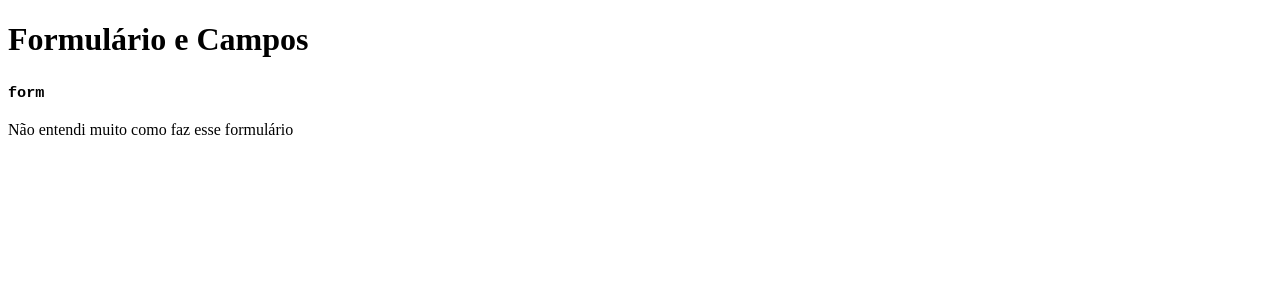
Repository: ErikMesquita/Danki-Code
Page: formulários_e_campos/index.html
These files come from the project's save history. The page is drawn as it stood at one moment and after the next save; the edit follows.
The browser window is 1280 px wide. The pictures show the whole page.

Above is the page before, as saved 2023-10-28 16:07:51.

### formulários_e_campos/index.html
<!DOCTYPE html>
<html lang="pt-br">

<head>
    <meta charset="UTF-8">
    <meta name="viewport" content="width=device-width, initial-scale=1.0">
    <title>Formulários e Campos</title>
</head>

<body>
    <h1>
        Formulário e Campos
    </h1>

    <!--
    <form action=""></form> (Usado para criar um novo formulário.)

    <input type="text"> (define um campo de formulário.)

    <textarea name="" id="" cols="30" rows="10"></textarea> (define um campo de texto.)

    <button></button> (Cria um botão clicável.)

    <select name="" id=""></select> (cria um lista de itens selecionáveis.)

    <optgroup></optgroup> (cria uma lista de itens relacionados.)

    <option value=""></option> (Define uma opção de uma lista de itens selecionaveis.)

    <fieldset></fieldset> (agrupa um ou mais elementos de um formulário.)

    <legend></legend> (Define uma legenda para um elemento de fieldset.)

    <datalist></datalist> (Define uma lista predefinida de opções.)
    <output></output> (Apresenta o resultado de um cálculo.)

    -->

    <h3><code>form</code></h3>
    <p>

    </p>
    <form action="method"> Não entendi muito como faz esse formulário</form>


</body>

</html>

After the next save:
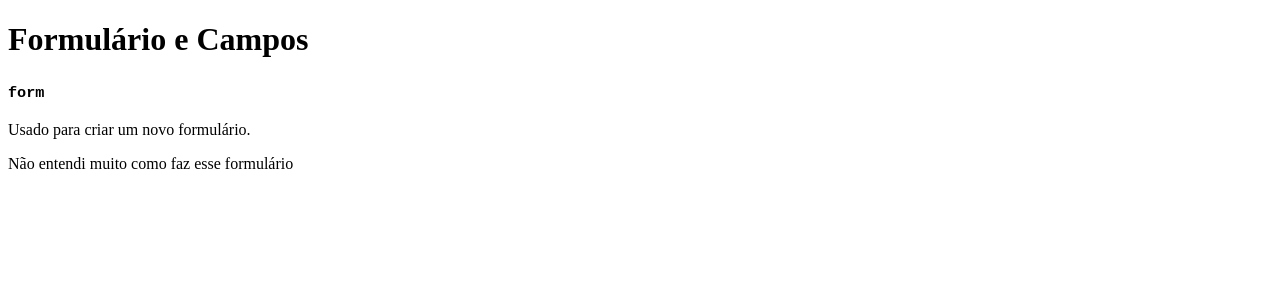
Saved 14 s later.
--- a/formulários_e_campos/index.html
+++ b/formulários_e_campos/index.html
@@ -38,7 +38,7 @@
 
     <h3><code>form</code></h3>
     <p>
-
+        Usado para criar um novo formulário.
     </p>
     <form action="method"> Não entendi muito como faz esse formulário</form>
 
